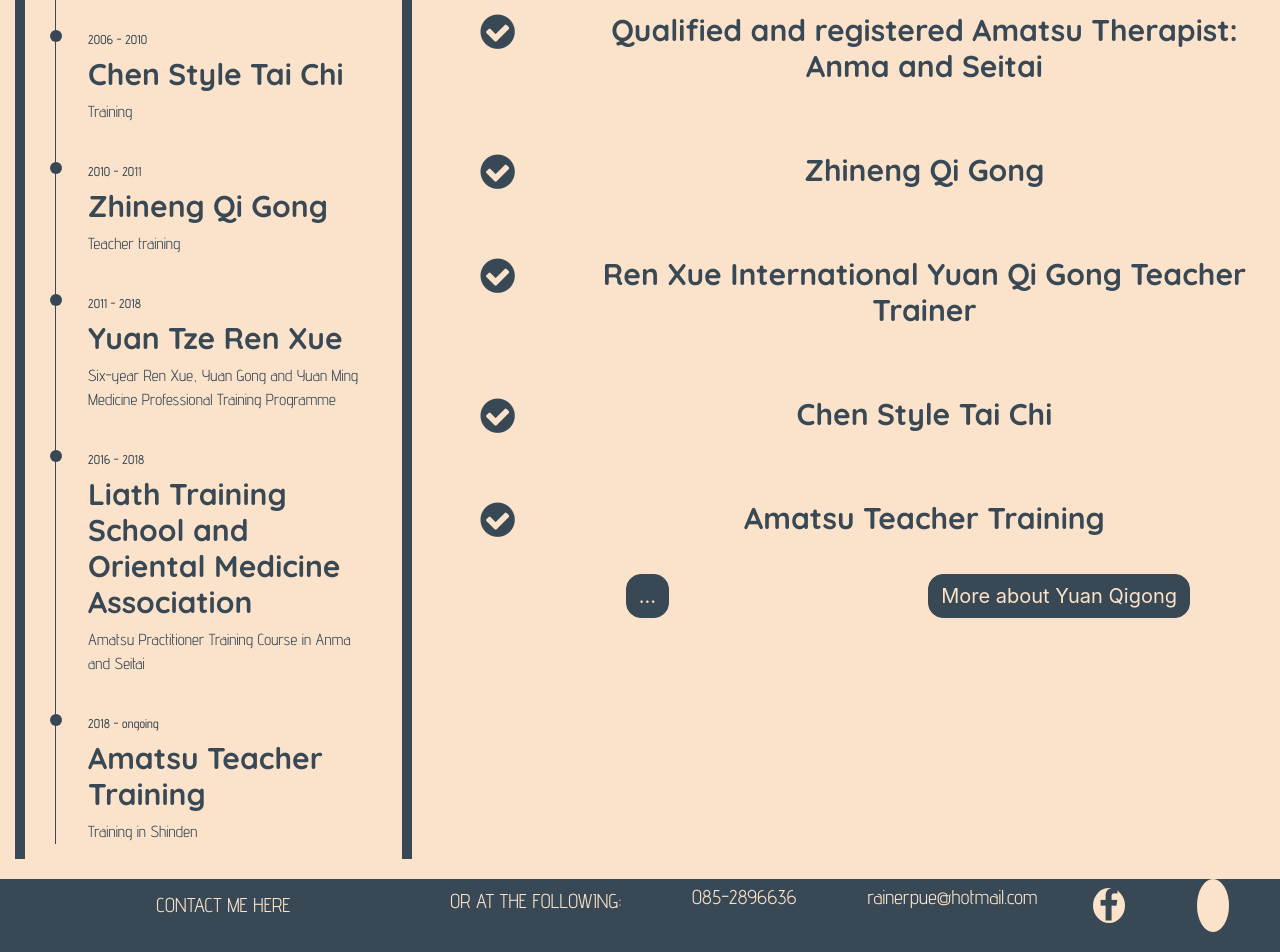
Repository: rainerpue/practitioner_website
Page: about.html
The author's editor kept a record of every edit. The page is drawn from the files as they stood at one moment, then again after the next edit.
The browser window is 1280 px wide. The pictures show the part of the page from y = 937 to 1889 px (the page is 1889 px tall).
Some web libraries are served in a nearby version.

Above is the page before.

### about.html
<!DOCTYPE html>
<html lang="en">

<head>
    <meta charset="UTF-8">
    <meta name="viewport" content="width=device-width, initial-scale=1.0">
    <meta http-equiv="X-UA-Compatible" content="ie=edge">
    <meta name="description" content="Home page | Rainer Puehringer, Find your Energy flow">
    <meta name="keywords" content="qigong, amatsu, therapy, energy flow, body balance, harmony, Japanese therapy, yuan gong, ireland">
    <meta name="author" content="Rainer Puehringer">
    <!-- style links -->
    <link rel="stylesheet" href="https://stackpath.bootstrapcdn.com/bootstrap/4.3.1/css/bootstrap.min.css" type="text/css" />
    <link rel="stylesheet" href="https://stackpath.bootstrapcdn.com/font-awesome/4.7.0/css/font-awesome.min.css" type="text/css" />

    <!-- link to my css file comes after to make sure it render over bootstrap style -->
    <link rel="stylesheet" href="assets/css/style.css" type="text/css" />

    <title>Rainer Puehringer, Find your Energy flow with Yuan Qigong and Amatsu</title>

</head>

<body>
    <!-- navbar and logo -->
    <!-- blue background will only show on bigger screens, set to transparent for mobile device -->
    <nav class="navbar navbar-expand-md fixed-top navbar-light nav-coral">
        <!-- logo -->
        <a href="index.html" class="navbar-brand logo">
            <img src="assets/images/logo.jpg" width="150" height="100" alt="logo">
        </a>
        <!-- button for smaller devices -->
        <button class="navbar-toggler" type="button" data-toggle="collapse" data-target="#burger" aria-controls="burger" aria-expanded="false" aria-label="Toggle navigation">
    <span class="fa fa-bars"></span>
  </button>
        <!-- navigation items which drop down vertically from burger icon in smaller devices -->
        <div class="collapse navbar-collapse" id="burger">
            <ul class="navbar-nav mr-auto text-uppercase">
                <li class="nav-item">
                    <a class="nav-link" href="index.html">Home</a>
                </li>
                <li class="nav-item">
                    <a class="nav-link" href="about.html">Meet Rainer</a>
                </li>
                <li class="nav-item">
                    <a class="nav-link" href="qigong.html">Yuan Qigong - Harmony</a>
                </li>
                <li class="nav-item">
                    <a class="nav-link" href="amatsu.html">Amatsu - Japanese Therapy</a>
                </li>
                <li class="nav-item">
                    <a class="nav-link" href="contact.html">Contact</a>
                </li>
            </ul>
        </div>
    </nav>

    <!-- end navbar -->


    <!-- image banner -->
    <main>
        <div class="container-fluid">
            <div class="row">
                <div class="col-12 banner-image about-img">
                </div>
            </div>
        </div>

        <!-- Rainer's intro -->
        <section class="container-fluid bg-grey intro-section">
            <div class="row">
                <div class="col-12 text-center">
                    <h3 class="text-uppercase">RAINER PUEHRINGER</h3>
                </div>
            </div>
            <div class="row section-details">
                <div class="col-12 col-md-4 text-center">
                    <img class="sm-img" src="assets/images/Rainer.jpeg" width="100%" height="auto" alt="Rainer Puehringer">
                </div>
                <div class="col-12 col-md-8 main-content text-center">
                    <p class="text-justify">Born in Austria surrounded by nature and loving the beauty of it made me travel some parts of the world to discover other places and its natural flow of Energy. Now having a better understanding of how important it is to keep the body,
                        mind and soul in balance makes me very passionate to keep my Energy flow steadily improving and balanced.</p>
                    <p class="text-justify">Amatsu does that in a very gentle way to restore your natural flow of energy in your body. Yuan Gong is there to maintain it trough your own practice to keep healthy, relaxed and joyful.</p>
                    <p class="text-justify">I am also a Holistic Chef and passionate organic gardener so I can give precious advice if you want to start your journey towards a more natural way of living.</p>
                    <p class="text-justify">You can find out more about the training schools where I received my qualifications <span><a href="https://www.liath.ie" class="links">www.liath.ie</a></span> and <span><a href="https://www.renxueinternational.org" class="links">www.renxueinternational.org</a></span>
                    </p>
                </div>
            </div>
            <div class="container-fluid">
                <div class="row text-center">
                    <div class="col-12">
                        <a class="btn btn--gal btn--coral" href="contact.html">Book a session</a>
                    </div>
                </div>
            </div>
        </section>

        <!-- timeline -->

        <section class="container-fluid">
            <div class="row bg-coral">
                <div class="col-md-6 col-lg-4 timeline">
                    <div class="row">
                        <div class="col-12">
                            <h3 class="text-uppercase text-center">Personal growth</h3>
                        </div>
                    </div>
                    <div class="history-items">
                        <div class="timeline-item" data-dates="2006 - 2010">
                            <h4>Chen Style Tai Chi</h4>
                            <p>Training</p>
                        </div>
                        <div class="timeline-item" data-dates="2010 - 2011">
                            <h4>Zhineng Qi Gong</h4>
                            <p>Teacher training</p>
                        </div>
                        <div class="timeline-item" data-dates="2011 - 2018">
                            <h4>Yuan Tze Ren Xue</h4>
                            <p>Six-year Ren Xue, Yuan Gong and Yuan Ming Medicine Professional Training Programme</p>
                        </div>
                        <div class="timeline-item" data-dates="2016 - 2018">
                            <h4>Liath Training School and Oriental Medicine Association</h4>
                            <p>Amatsu Practitioner Training Course in Anma and Seitai</p>
                        </div>
                        <div class="timeline-item" data-dates="2018 - ongoing">
                            <h4>Amatsu Teacher Training</h4>
                            <p>Training in Shinden</p>
                        </div>
                    </div>
                </div>

                <!-- small divider only for mobile device to divide the two columns of the same section -->

                <hr class="section-divider-short">

                <!-- qualifications check -->

                <div class="col-md-6 col-lg-8 text-center">
                    <div class="row">
                        <div class="col-12">
                            <h3 class="text-uppercase text-center">My credentials</h3>
                        </div>
                    </div>
                    <div class="row list-row">
                        <div class="col-2">
                            <i class="fa fa-check-circle"></i>
                        </div>
                        <div class="col-10">
                            <h4>Qualified and registered Amatsu Therapist: Anma and Seitai</h4>
                        </div>
                    </div>
                    <div class="row list-row">
                        <div class="col-2">
                            <i class="fa fa-check-circle"></i>
                        </div>
                        <div class="col-10">
                            <h4>Zhineng Qi Gong</h4>
                        </div>
                    </div>
                    <div class="row list-row">
                        <div class="col-2">
                            <i class="fa fa-check-circle"></i>
                        </div>
                        <div class="col-10">
                            <h4>Ren Xue International Yuan Qi Gong Teacher Trainer</h4>
                        </div>
                    </div>
                    <div class="row list-row">
                        <div class="col-2">
                            <i class="fa fa-check-circle"></i>
                        </div>
                        <div class="col-10">
                            <h4>Chen Style Tai Chi</h4>
                        </div>
                    </div>
                    <div class="row list-row">
                        <div class="col-2">
                            <i class="fa fa-check-circle"></i>
                        </div>
                        <div class="col-10">
                            <h4>Amatsu Teacher Training</h4>
                        </div>
                    </div>


                    <div class="row text-center">
                        <div class="col-6">
                            <a class="btn btn--gal btn--grey" href="#">...</a>
                        </div>
                        <div class="col-6">
                        <a class="btn btn--gal btn--grey" href="qigong.html">More about Yuan Qigong</a>
                        </div>
                    </div>
                </div>
            </div>
        </section>
    </main>
    <!-- footer -->

    <footer>
        <div class="container-fluid bg-grey">
            <div class="row footer-row">
                <div class="col-12 col-md-4 footer-contact">
                    <a class="btn btn--gal btn--grey text-uppercase" href="contact.html">Contact Me Here</a>
                </div>
                <div class="col-12 col-md-2 footer-contact">
                    <h5 class="text-uppercase">or at the following:</h5>
                </div>
                <div class="col-12 col-md-2 footer-contact">
                    <p>085-2896636</p>
                </div>
                <div class="col-12 col-md-2 footer-contact">
                    <p>rainerpue@hotmail.com</p>
                </div>
                <div class="col-12 col-md-1 footer-contact">
                    <a class="socialmedia" href="https://www.facebook.com/YuanGongandAmatsuwithRainer/" target="_blank">
                    <i class="fa fa-facebook"></i>
                    <span class="sr-only">Facebook</span>
                    </a>
                </div>
                <div class="col-12 col-md-1 footer-contact">
                    <a class="socialmedia" href="https://www.linkedin.com/in/rainer-puehringer-63157248/" target="_blank">
                    <i class="fab fa-linkedin"></i>
                    <span class="sr-only">Linkedin</span>
                    </a>
                </div>
            </div>
        </div>
    </footer>

    <script src="https://code.jquery.com/jquery-3.2.1.slim.min.js " integrity="sha384-KJ3o2DKtIkvYIK3UENzmM7KCkRr/rE9/Qpg6aAZGJwFDMVNA/GpGFF93hXpG5KkN " crossorigin="anonymous "></script>
    <script src="https://cdnjs.cloudflare.com/ajax/libs/popper.js/1.12.9/umd/popper.min.js " integrity="sha384-ApNbgh9B+Y1QKtv3Rn7W3mgPxhU9K/ScQsAP7hUibX39j7fakFPskvXusvfa0b4Q " crossorigin="anonymous "></script>
    <script src="https://maxcdn.bootstrapcdn.com/bootstrap/4.0.0/js/bootstrap.min.js " integrity="sha384-JZR6Spejh4U02d8jOt6vLEHfe/JQGiRRSQQxSfFWpi1MquVdAyjUar5+76PVCmYl " crossorigin="anonymous "></script>
</body>

</html>

Loaded but not shown: assets/css/style.css (678 lines, source omitted)

After the next edit:
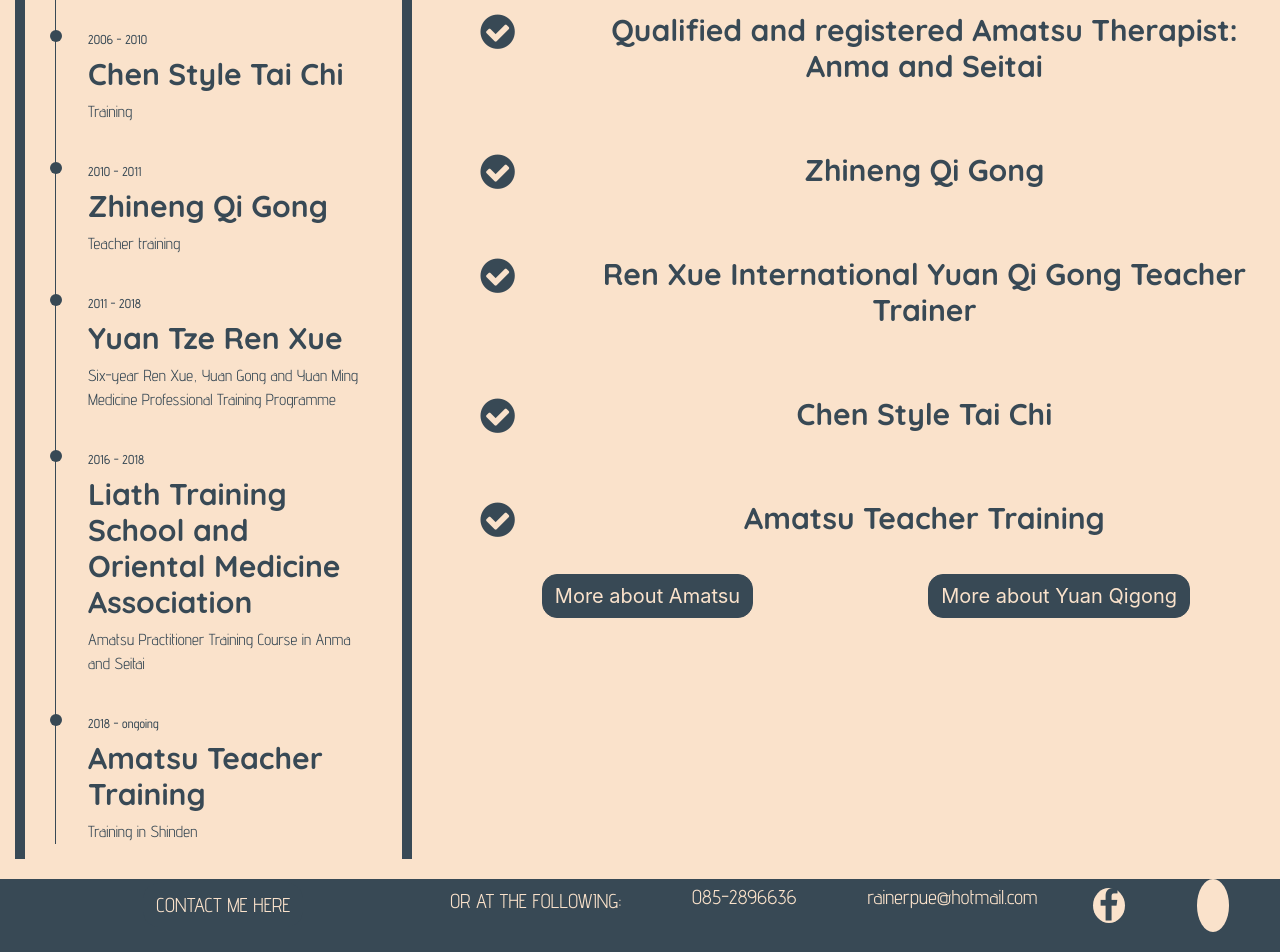
The edit:
--- a/about.html
+++ b/about.html
@@ -184,7 +184,7 @@
 
                     <div class="row text-center">
                         <div class="col-6">
-                            <a class="btn btn--gal btn--grey" href="#">...</a>
+                            <a class="btn btn--gal btn--grey" href="amatsu.html">More about Amatsu</a>
                         </div>
                         <div class="col-6">
                         <a class="btn btn--gal btn--grey" href="qigong.html">More about Yuan Qigong</a>
